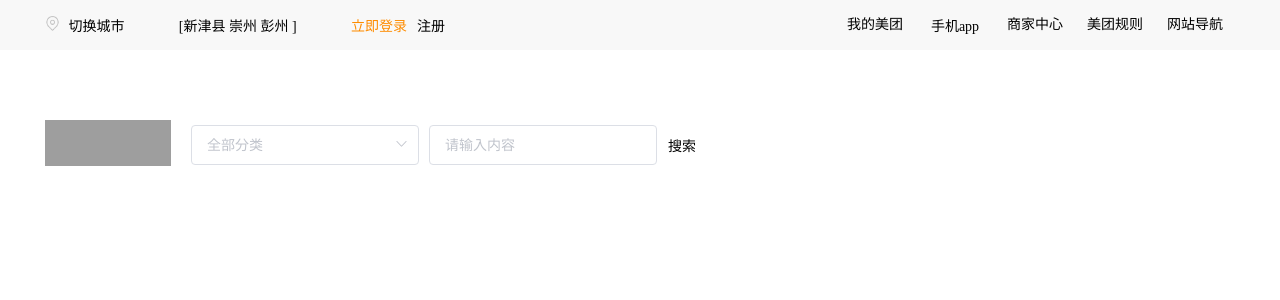
Repository: jinggegeZ/-
Page: /detail
An editor plug-in stored every save of this project. The page is shown before and after the next save, followed by the edit.
The browser window is 1280 px wide. The pictures show the whole page.
Pictures or frames that could not be fetched are drawn as grey boxes. The page's requests for data from a server got no answer. The project was rebuilt for these pictures with package versions that can differ from the ones it lists, and the page was loaded fresh each time. No one was signed in, and anything a server would have sent is missing. Also part of the build but not shown: vue.config.js, src/components/Navigation/Navigation.vue, src/components/navbox/navbox.vue, src/components/Sty/Sty.vue, src/views/Home.vue.

Above is the page before, as saved 2020-08-24 15:49:24.

### public/index.html
<!DOCTYPE html>
<html lang="en">
  <head>
    <meta charset="utf-8">
    <meta http-equiv="X-UA-Compatible" content="IE=edge">
    <meta name="viewport" content="width=device-width,initial-scale=1.0">
    <link rel="icon" href="<%= BASE_URL %>favicon.ico">
    <title><%= htmlWebpackPlugin.options.title %></title>
  </head>
  <body>
    <script src="//at.alicdn.com/t/font_2017422_ck56kzje6p4.js"></script>
    <noscript>
      <strong>We're sorry but <%= htmlWebpackPlugin.options.title %> doesn't work properly without JavaScript enabled. Please enable it to continue.</strong>
    </noscript>
    <div id="app"></div>
    <!-- built files will be auto injected -->
  </body>
</html>

### src/App.vue
<template>
  <div id="app">
    <router-view/>
  </div>
</template>

<style lang="scss">
@import '../src/style/style';
</style>

### src/style/style.css
* {
    margin: 0;
    padding: 0;

}
body,html{
    background: #fff;
}
/* 这是css3媒体查询 */
@media screen and (max-width: 1200px) {
    .top {
        width: 960px !important;
    }
}

/* top样式 */
.topbox {
    width: 100%;
    display: flex;
    justify-content: center;
    background: rgb(248,248,248);
    font-size: 14px;
}

.topbox2 {
    width: 100%;
    display: flex;
    justify-content: center;
    font-size: 14px;
    margin-top: 20px;
}
.topbox1 {
    width: 100%;
    display: flex;
    justify-content: center;
    box-shadow: 0px 15px 20px -15px rgb(234,234,234);
    font-size: 14px;
}
.topbox3 {
    width: 100%;
    display: flex;
    justify-content: center;
    font-size: 14px;
}
.restopbox {
    width: 100%;
    display: flex;
    justify-content: center;
    /* background: rgb(248,248,248); */
    font-size: 14px;
    border-bottom: 1.8px solid rgb(238,238,238);
}
.top {
    width: 1190px;

}

.top1 {

    height: 50px;
    display: flex;
    justify-content: space-between;
}

.leftbox {
    display: flex;
    align-items: center;
    width: 400px;
    justify-content: space-between;
}
.spans1 {
    margin-left: 5px;
}
.user {
    display: flex;
}
.spans:hover {
    color: #FE8C00;
}
.spans1:hover {
    color: #FE8C00;
}
.rightbox {
    display: flex;
    align-items: center;
    width: 400px;
    justify-content: space-between;
}

.rightbox1 {
    width: 100px;
    height: 50px;
    display: flex;
    align-items: center;
    justify-content: center;
    position: relative;

}

.postion {
    position: absolute;
    z-index: 999;
    width: 100%;
    height: 100%;
    text-align: center;
    line-height: 50px;
}

.rightbox2 {
    visibility: hidden;
    right: -1px;
    position: absolute;
    z-index: 998;
    top: 99%;
    background: white;
    border-left: 1px solid rgb(229, 229, 229);
    border-bottom: 1px solid rgb(229, 229, 229);
    border-right: 1px solid rgb(229, 229, 229);
    box-shadow: 0px 0px 10px 0px #ccc;
}

.rightbox3 {
    height: 36px;
    line-height: 36px;
    text-align: center;
    width: 80px;
}

.rightbox4 {
    height: 36px;
    line-height: 36px;
    text-align: center;
    width: 118px;
}

.rightbox5 {
    width: 1190px;
    height: 300px;
    display: flex;
    justify-content: center;
}

.rightbox6 {
    width: 95%;
    height: 95%;
    display: flex;
    justify-content: space-between;
}

.rightbox6-1 {
    width: 200px;
}

.rightbox6-1-1 {
    width: 200px;
    height: 80px;
    display: flex;
    justify-content: center;
    align-items: center;
    font-size: 16px;
}

.rightbox6-1-2 {
    width: 200px;
    height: 190px;
    font-size: 12px;
}

.rightbox6-1-2-1 {
    height: 30px;
    width: 100%;
    display: flex;
    justify-content: space-between;
    align-items: center;
}

.rightbox6-1-2-2 {
    height: 30px;
    width: 100%;
    display: flex;
    justify-content: flex-start;
    align-items: center;
}

.rightbox6-2 {
    width: 100px;
}

.rightbox6-2-1 {
    width: 100px;
    height: 80px;
    display: flex;
    justify-content: center;
    align-items: center;
    font-size: 16px;
}

.rightbox6-2-1-1 {
    width: 100px;
    height: 190px;
    font-size: 12px;
}

.rightbox6-2 {
    width: 100px;
}

.rightbox6-2-1-1-font {
    width: 100%;
    height: 25px;
    display: flex;
    justify-content: center;
    align-items: center;
}

.rightbox6-3 {
    width: 350px;

}

.rightbox6-3-1 {
    width: 350px;
    height: 80px;
    display: flex;
    justify-content: center;
    align-items: center;
    font-size: 16px;
}

.rightbox6-3-1-1 {
    width: 350px;
    height: 190px;
    font-size: 12px;
}

.rightbox6-3-1-1-1 {
    width: 100%;
    height: 80px;
    display: flex;
    justify-content: space-around;
    align-items: center;
}

.rightbox6-3-1-1-1-img {
    width: 60px;
    height: 60px;
    border-radius: 5px;
}

.nav2box2font:hover {
    color: rgb(251, 199, 0);
}

.nav2box2font2:hover {
    color: red;
}

.postion:hover {
    color: #FE8C00;
}

.rightbox3:hover {
    color: #FE8C00;
}

.rightbox4:hover {
    color: #FE8C00;
}

.rightbox1:hover .rightbox2 {
    visibility: visible
}

.rightbox1:hover {
    box-shadow: 0 3px 5px 0 rgba(0, 0, 0, 0.1);
}

.rightbox1:hover .postion {
    background-color: white;


}

.leftboximg {
    width: 15px;
    height: 15px;
}

.rightnow {
    color: #FE8C00;
    margin-right: 10px;
}

/* nav部分 */
.nav {
    height: 140px;
    width: 100%;
    display: flex;
    align-items: center;
}

.nav1 {
    width: 240px;
    margin-right: 100px;
}

.nav1img {
    width: 126px;
    height: 46px;

}

.nav1input {
    display: flex;
    width: 469px;
    height: 50px;
    align-items: center;
}

.nav1input1 {
    width: 469px;
    position: relative;
}

.nav1input1box {
    position: absolute;
    top: 140px;
    width: 469px;
    background-color: white;
    border-radius: 5px;
    z-index: 99;
}

.item {
    width: 100%;
    height: 30px;
    font-size: 12px;
    margin-left: 10px;
}

.nav1inputboox {
    width: 80px;
    height: 40px;
    background-color: #FE8C00;
    display: flex;
    justify-content: center;
    align-items: center;
}

.nav1inputbooximg {
    width: 20px;
    height: 20px;
}

.nav2 {
    width: 100%;
    height: 50px;
    display: flex;
}

.nav2box {
    width: 228px;
    height: 50px;
    border-left: 1px solid rgb(229, 229, 229);
    border-top: 1px solid rgb(229, 229, 229);
    border-right: 1px solid rgb(229, 229, 229);
    display: flex;
    align-items: center;
    font-size: 17px;
}

.all {
    padding-left: 20px;
}

.nav2box2 {
    margin-left: 60px;
    display: flex;
    align-items: center;
    justify-content: space-around;
    width: 500px;
    font-size: 17px;
}

/* navbox 部分 */
.navbox {
    display: flex;
}

.navleftbox {
    width: 18%x;
    height: 425px;
    border-left: 1px solid rgb(229, 229, 229);
    border-right: 1px solid rgb(229, 229, 229);
    border-bottom: 1px solid rgb(229, 229, 229);
}

.navrightbox {
    width: 78%;
    height: 425px;
}

.navleftbox-item {
    width: 228px;
    height: 26px;
    display: flex;
    justify-content: space-between;
    align-items: center;
    flood-color: #646464;
    margin-top: 1px;
    position: relative;
}

.navleftbox-item:hover .itembox {
    background: rgb(254,254,254);
    visibility: visible;
}

.icon {
    width: 16px !important;
    height: 16px !important;
    margin-right: 10px;
}

.icon1 {
    width: 12px;
    height: 12px;
}

.itembox {
    visibility: hidden;
    position: absolute;
    left: 100%;
    width: 400px;
    height: 450px;
    top: 0;
    display: flex;
    justify-content: center;
    align-items: center;
    z-index: 99;
}

.itembox1 {
    width: 90%;
    height: 90%;

}

.itembox2 {
    width: 100%;
    line-height: 60px;
    font-size: 16px;

    margin-bottom: 20px;
}

.item-child {
    width: 100%;
    display: flex;
    justify-content: space-between;
    border-bottom: 1px solid rgb(229, 229, 229);
}

.itembox3 {
    display: flex;
    flex-wrap: wrap;
}

.itembox4 {
    color: #999;
    font-size: 12px;
    line-height: 15px;
    display: inline-block;
    margin-right: 16px;
    margin-top: 10px;
    cursor: pointer;
}

/* navbox右边渲染部分css */
.navrightbox-1 {
    display: flex;
    width: 950px;
    margin-left: 10px;
    margin-top: 10px;
}

.navrightbox-swiper {
    width: 550px;
    height: 240px;
}
.swiperimg {
    width: 550px;
}
.el-carousel__item h3 {
    color: #475669;
    font-size: 18px;
    opacity: 0.75;
    line-height: 300px;
    margin: 0;
}

.el-carousel__item:nth-child(2n) {
    background-color: #99a9bf;
}

.el-carousel__item:nth-child(2n+1) {
    background-color: #d3dce6;
}
.el-carousel{
    height: 100%;
}
.el-carousel__container{
    height: 100% !important;
}
.navrightbox-2 {
    width: 150px;
    height: 239px;
    margin: 0 10px;
}
.navrightbox-2img {
    width: 150px;
}
.top-loginbox {
    width: 228px;
    height: 238px;
    border: 1px solid rgb(229,229,229);
    background:#fff;
    display: flex;
    justify-content: center;
    align-items: center;
}
.top-loginbox1 {
    width: 95%;
    height: 95%;
}
.top-loginbox2 {
    width: 95%;
    height: 95%;
    display: flex;
    justify-content: center;
    align-items: center;
    position: relative;
}
.top-loginbox2-1 {
    width: 100%;
    height: 100%;
}
.top-loginbox2-1imgbox {
    width: 100%;
    height: 150px;
    display: flex;
    justify-content: center;
    align-items: center;
}
.top-loginbox2-1img {
    width: 50px;
    height: 50px;

}
.userbox {
    width: 100%;
    display: flex;
    justify-content: center;
}
.changebox {
    position: absolute;
    top: 0;
    right: 0;
    width: 30px;
    height: 30px;

}
.changeboximg {
    width: 30px;
    height: 30px;
}
.headimg {
    width: 228px;
    height: 59px;
    margin-bottom: 5px;
    display: flex;
    justify-content: center;
    align-items: center;
}
.headimg1{
    width: 55px;
    height: 55px;
    border-radius: 50%;
}
.headimg2 {
    width: 228px;
    height: 21px;
    margin-bottom: 5px;
    display: flex;
    justify-content: center;
    align-items: center;
}
.headimg2-1 {
    width: 96px;
    display: flex;
    justify-content: center;
    align-items: center;
}
.headimg3 {
    width: 119px;
    height: 39px;
    display: flex;
    justify-content: center;
    align-items: center;
    border-radius: 25px;
    border:1px solid rgb(229,229,229);
}
/* 下部解析部分 */
.bottombox {
    display: flex;
    margin-left: 10px;
}
.bottombox-1 {
    width: 270px;
    height: 165px;
    margin-top: 10px;
    margin-right: 10px;
}
.bottombox-1img {
    width: 270px;
}
.bottombox-2 {
    width: 270px;
    height: 165px;
    margin-top: 10px;
    margin-right: 10px;
}
.bottombox-3 {
    width: 150px;
    height: 165px;
    margin-top: 10px;
    margin-right: 10px;
}
.bottombox-3img {
    width: 150px;
}
.bottombox-4 {
    width: 230px;
    height: 165px;
    border:1px solid rgb(229,229,229);
    margin-top: 10px;
}
.bottombox-4-1 {
    width: 230px;
    height: 100px;
    display: flex;
    justify-content: center;
    align-items: center;
}
.bottombox-4-1-1 {
    width: 95px;
    height: 95px;
}
.bottombox-5 {
    width: 230px;
    height: 30px;
    display: flex;
    justify-content: center;
    align-items: center;
    font-size: 16px;
}
.bottombox-6 {
    scale: 230px;
    height: 20px;
    display: flex;
    justify-content: center;
    align-items: center;
    font-size: 12px;
}
.bottombox6-1 {
    color: red;
    margin-right: 5px;
}
/* 有格调部分 */
.stybox {
    width: 100%;
    height: 50px;
    background: rgb(242,191,71);
    display: flex;
    justify-content: space-between;
    align-items: center;
    border-radius: 10px 10px 0 0 ;
}
.stybox1 {
    display: flex;
}
.stybox1-font {
    font-size: 18px;
    color: white;
    margin: 0 20px 0 20px;
}
.stybox1-font2 {
    font-size: 12px;
    color: white;
    display: flex;
    align-items: center;
    width: 400px;
    justify-content: space-between;
}
.stybox1-font2-item1 {
    position: relative;
    width:120px;
    display: flex;
    justify-content: center;
}
/* .stybox1-font2-item1:hover .triangle_border_up {
    visibility: visible;
}
.stybox1-font2-item2:hover .triangle_border_up {
    visibility: visible;
}
.stybox1-font2-item4:hover .triangle_border_up {
    visibility: visible;
} */
.stybox1-font2-item2 {
    text-align: center;
}

.stybox2-img {
    width: 14px;
    height: 14px;
    margin-top: 5px;
}
.stybox2 {
    font-size: 14px;
    color: white;
    display: flex;
    align-items: center;
}
/* 向上的三角形 */
.triangle_border_up{
    /* visibility: hidden; */
    width:0px;
    height:0px;
    border-width:0 10px 10px;
    border-style:solid;
    border-color:transparent transparent #fff;/*透明 透明  灰*/
    margin-top:10px;
    position: absolute;
    bottom: -17px;
}
.stybox3 {
    width: 1188px;
    height: 687px;
    background: #fff;
    border-radius: 0 0 10px 10px;
    border: 1px solid rgb(229,229,229);
    font-size: 12px;
    display: flex;
    flex-wrap: wrap;
}
.stybox3-item {
    width: 370px;
    height: 330px;
    margin: 10px;

}
.stybox3-itemimg {
    width: 370px;
    height: 208px;
    margin-bottom: 10px;

}
.stybox3-itemimg1 {
    width: 370px;
    height: 208px;

}
.stybox3-itemfont {
    font-size: 14px;
}
.font2 {
    font-size: 14px;
    overflow: hidden;
    text-overflow: ellipsis;
    display: -webkit-box;
    -webkit-line-clamp: 1;
    -webkit-box-orient: vertical;
}
/* 城市选择部分 */
.citybox {
    width: 1190px;
    padding: 20px;
    font-size: 16px;
    background-color: #fff;
    margin: 20px auto 0;
    border: 1px solid #E5E5E5;
    border-radius: 4px;
    min-height: 1000px;
    padding: 20px;
}
.citybox-province {
    width: 100%;
    height: 71px;
    display: flex;
    align-items: center;
    padding: 0px 0px 19px;
    border-bottom: 1px solid #E5E5E5;
}
.proviencechosebox {
    width: 220px;
    height: 40px;
    margin: 0 10px 0 20px;
    font-size: 14px;
    color: #666;
    border-radius: 4px;
    display: flex;
    justify-content: center;
}

.citychosebox {
    width: 220px;
    height: 40px;
    font-size: 14px;
    color: #666;
    border-radius: 4px;
    display: flex;
    justify-content: center;
}
.cityboximg {
    width: 10px;
    height: 15px;
}
/* 直接搜素 */
.directSearch {
    margin-left: 50px;
    display: flex;
    align-items: center;
}
.directSearchbox {
    width: 220px;
    height: 40px;
    font-size: 14px;
    color: #666;
    border-radius: 4px;
    display: flex;
    justify-content: center;
}
.el-input__inner {
    width: 100% !important;
}
.el-input {
    width: 100% !important;
}
/* 热门城市选择 */
.hotcitychose {
    width: 100%;
    height: 71px;
    display: flex;
    align-items: center;
    border-bottom: 1px solid #E5E5E5;
}
.hotcitychosebox {
    display: flex;
    align-items: center;
    width: 748px;
    height: 20px;
    justify-content: space-around;
}
/* 最近访问 */

.recentVisit {
    width: 100%;
    height: 71px;
    display: flex;
    align-items: center;
    border-bottom: 1px solid #E5E5E5;
}
.recentVisitchosebox {
    display: flex;
    align-items: center;
    width: 748px;
    height: 20px;

}
.recentVisitchosebox-item {
    margin-right: 10px;
}
/* 拼音首字母 */
.Initials {
    width: 100%;
    height: 71px;
    display: flex;
    align-items: center;
}
.Initialsbox {
    display: flex;
    align-items: center;
    width: 748px;
    height: 20px;
    justify-content: space-around;
}
.Initialsbox a {
    text-decoration: none !important;
    color: #666;
}
/* 详细地区 */
.detailscity {
    width: 1148px;
    display: flex;
    padding: 13px 30px 13px 10px;
}
.letter {
    width: 40px;
    height: 40px;
    border-radius: 50%;
    background: rgb(255,208,0);
    display: flex;
    justify-content: center;
    align-items: center;
}
.letters {
    width: 1065px;
    display: flex;
    flex-wrap: wrap;
}
.letters a{
    text-decoration:none !important;
    color: #666;
}
.letters-item {
    margin: 10px 20px;
    display: inline;
}
/* 登录页面 */

.logintopbox {
    width: 100%;
    height: 120px;
    display: flex;
    justify-content: center;
    align-items: center;
}
.logintopbox1 {
    width: 1190px;
    height: 47px;
}
.logintopbox1img {
    width: 130px;
    height: 47px;
}
.sloginbox {
    width: 100%;
    /* height: 370px; */
    display: flex;
    align-items: center;
    margin-bottom: 70px;
}
.sloginbox1 {
    height: 370px;
    width: 480px;
}
.sloginbox1img {
    width: 480px;
    height: 370px;
}
.login-section {
    width: 270px;
    display: flex;
    justify-content: center;
    font-size: 14px;
    color: #666;
    margin-left: 115px;

}
.login-sectionbox {
    width: 95%;
}
.login-section1 {
    height: 50px;
    margin-top: 50px;
    display: flex;
    justify-content: space-between;
    align-items: center;
}
.login-section1img {
    width: 15px;
    height: 15px;
}
.login-section1img2 {
    width: 22px;
    height: 22px;

}
.login-section2 {
    margin-bottom: 10px;
    width: 270px;
    height: 40px;
    border: 1px solid rgb(255,208,0);
    display: flex;
    align-items: center;
}
.login-section2imgbox {
    width: 37px;
    height: 40px;
    display: flex;
    justify-content: center;
    align-items: center;
}
.login-section2img {
    width: 30px;
    height: 30px;
}
.login-section2 input {
    border: none;
}
.forgetpassword {
    font-size: 12px;
    width: 100%;
    height: 26px;
    margin-bottom: 8px;
    display: flex;
    justify-content: flex-end;
    align-items: center;
    color: red;
}
.loginbox {
    width: 270px;
    height: 40px;
    display: flex;
    justify-content: center;
    align-items: center;
    background: rgb(255,208,0);
}
.goresgiter {
    width: 270px;
    margin-top: 10px;
    margin-bottom: 10px;
    display: flex;
    align-items: center;
}
.goresgiter1 {
    color: rgb(254,140,0);
}
.otherlogin {
    width: 270px;
}
.otherloginbox1 {
    width: 100%;
    height: 30px;
    display: flex;
    align-items: center;
    justify-content: center;
}
.otherloginbox1-1 {
    width: 50px;
    height: 1px;
    background: rgb(204,204,204);
    margin-right: 5px;
}
.otherloginbox1-2 {
    width: 50px;
    height: 1px;
    background: rgb(204,204,204);
    margin-left: 5px;
}
.otherloginbox2 {
    width: 100%;
    height: 30px;
    display: flex;
    justify-content: center;
}
.otherloginbox2-1 {
    width: 30%;
    height: 30px;
    display: flex;
    justify-content: space-around;
    align-items: center;
}
.otherloginbox2-1img {
    width: 20px;
    height: 20px;
}
/* 底部说明 */
.footbox {
    width: 100%;
    height: 48px;
    border-top: 1px solid rgb(238,238,238);
    border-bottom: 1px solid rgb(238,238,238);
    display: flex;
    align-items: center;
    font-size: 12px;
    color: #666;

}
.footboxitem {
    width: 400px;
    display: flex;
    align-items: center;
    justify-content: space-between;
}
.footboxitem-mid {
    width: 1px;
    height: 10px;
    background: rgb(244,244,244);
}
/* 版权所有 */
.footer {
    margin-top: 20px;
    width: 100%;
    height: 20px;
    font-size: 12px;
    color: #666;
}
/* 注册部分 */
.resgtopbox {
    width: 100%;
    height: 60px;
    display: flex;
    justify-content: space-between;
    align-items: center;

}
.resgtopbox-1img {
    width: 126px;
    height: 46px;
}
.resgtopboxfont {
    color: orange;
}
.resgitermsgbox {
    width: 1190px;
    font-size: 12px;
    color: #666;

}
.resgitermsgbox1 {
    width: 100%;
    display: flex;
    justify-content: center;
}
.resgitermsgbox1-1 {
    width: 90%;
    height: 45px;
    display: flex;
    /* justify-content: center; */
    align-items: center;
}
.inforbox {
    width: 150px;
    display: flex;
    align-items: center;
    justify-content: flex-end;
}

.rsgmsgbox {
    width: 100%;
    display: flex;
    justify-content: center;
    margin-top: 30px;
}
.resgitermsginputbox {
    width: 260px;
    height: 40px;
    border: 1px solid rgb(204,204,204);
    margin-left: 15px;
    margin-right: 15px;
    border-radius: 5px;
}
.resgitermsginputbox input {
    border: none !important;
}
.resgiterbutton {
    width: 136px;
    height: 21px;
    background: rgb(230,230,230);
    display: flex;
    justify-content: center;
    align-items: center;
    margin-left: 15px;
}
.resgiterbutton:hover {
    background: rgb(240,240,240);
}
.resgiterbutton1 {
    display: flex;
    width: 260px;
    height: 21px;
    justify-content: space-between;
    align-items: center;

    margin-left: 15px;
}
.resgiterbutton1-item {
    width: 80px;
    height: 21px;
    display: flex;
    align-items: center;
    justify-content: center;
    border: 1px solid rgb(240,240,240);
    background: rgb(230,230,230);
}
.resgiterbutton1-item1 {
    width: 80px;
    height: 21px;
    display: flex;
    align-items: center;
    justify-content: center;
    border: 1px solid rgb(240,240,240);
    background: rgb(255,205,0);

}
.resgiterbutton2 {
    display: flex;
    width: 178px;
    height: 34px;
    justify-content: center;
    align-items: center;
    background: rgb(255,205,0);
    margin-left: 15px;
    font-size: 14px;
    color: black;
}
.resgiterbutton3 {
    color: rgb(255,205,0);
    margin-left: 15px;
}
.rsgmsgboxfooter {
    width: 100%;
    border-top: 1px solid rgb(238,238,238);
    margin-bottom: 20px;
}
.rsgmsgboxfootermsg {
    width: 100%;
    display: flex;
    justify-content: center;
    font-size: 12px;
    color: #999999;
}
/* 详情部分 */
.detail-topbox {
    width: 100%;
    height: 150px;
    display: flex;
    align-items: center;
}
.detail-topbox-left {
    display: flex;
    align-items: center;
}
.detail-topbox-leftimg {
    width: 126px;
    height: 46px;
}
.detail-topbox-leftbox {
    padding: 10px;
    margin-left: 10px;
}
.detail-topbox-leftbox input {
    width: 100px;
    height: 40px;
}
.hover:hover {
    color: orange;
}
.detail-topbox-right {
    width: 300px;
    height: 50px;
    display: flex;
    align-items: center;
}
.detail-topbox-rightbox {
    width: 50px;
    height: 50px;
    display: flex;
    align-items: center;
    justify-content: center;
}

### src/views/detail/detail.vue
<template>
  <div>
    <top></top>
    <div class="topbox2">
      <div class="top">
        <div class="detail-topbox">
            <!-- 美团详情 -->
          <div class="detail-topbox-left">
            <div>
              <img
                class="detail-topbox-leftimg"
                src="//s0.meituan.net/bs/fe-web-meituan/fa5f0f0/img/logo.png"
                alt
              />
            </div>
            <div class="detail-topbox-leftbox">
              <el-select v-model="value" placeholder="全部分类">
                <el-option
                  v-for="item in menu"
                  :key="item.id"
                  :label="item.label"
                  :value="item.name"
                >
                  <span style="float: left" v-if="Array.isArray(item.name)">
                    <span v-for="(item1,index1) in item.name" :key="index1">
                      <span
                        ref="changes"
                        @mouseenter="changeItem(item1)"
                        @mouseleave="deleteitem(item1)"
                        @click="choseitem1(item1)"
                      >{{item1}}</span>
                      <span v-if="index1 !==  item.name.length-1">/</span>
                    </span>
                  </span>
                  <span class="hover" style="float: left" v-else @click="choseitem(item)">{{ item.name }}</span>
                  <span style="float: right; color: #8492a6; font-size: 13px">{{ item.value }}</span>
                </el-option>
              </el-select>
            </div>
          </div>
            <!-- 搜索及相关搜索 -->
        <div class="detail-topbox-right">
            <div><el-input
  placeholder="请输入内容"
  v-model="input"
  clearable>
</el-input></div>
            <div class="detail-topbox-rightbox">搜索</div>
        </div>
        </div>
      </div>
    </div>
  </div>
</template>

<script>
import top from "../../components/top/top";
export default {
  name: "",
  props: {},
  components: {
    top,
  },
  data() {
    return {
      city: "",
      menu: [],
      value: "",
      input:""
    };
  },
  methods: {
    //   鼠标移入事件
    changeItem(item) {
       Array.from(this.$refs.changes).map(item1 => {
           if (item1.innerText === item) {
               item1.style.color = 'orange'
           }
       })
   },
   //鼠标移出事件
  deleteitem(item){
    Array.from(this.$refs.changes).map(item1 => {
           if (item1.innerText === item) {
               item1.style.color = '#000'
           }
       })
  },
    //点击事件
    choseitem1(item1) {
        console.log(item1);
    },
    //点击事件
    choseitem(item){
        console.log(item.name);
    }
  },
  mounted() {
    this.$api
      .getall()
      .then((res) => {
        if (res.code === 200) {
          this.menu = res.data.menu;
          this.menu.map((item) => {
            if (item.name.includes("/")) {
              item.name = item.name.split("/");
              console.log(item.name);
            }
          });
          console.log(this.menu);
        }
      })
      .catch((err) => {});
  },
  watch: {},
  computed: {},
};
</script>

<style scoped lang='scss'>
</style>

Loaded but not shown: src/store/index.js (common file); src/http/api.js (41 lines, source omitted); src/router/index.js (46 lines, source omitted); src/main.js (16 lines, source omitted); src/http/index.js (15 lines, source omitted); src/components/top/top.vue (193 lines, source omitted)

After the next save:
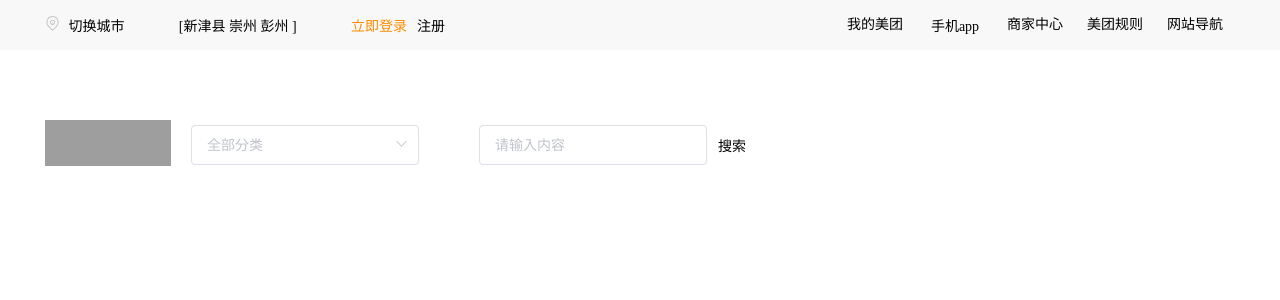
Saved 27 s later.
--- a/src/style/style.css
+++ b/src/style/style.css
@@ -1259,10 +1259,11 @@
     color: orange;
 }
 .detail-topbox-right {
-    width: 300px;
+    width: 500px;
     height: 50px;
     display: flex;
     align-items: center;
+    margin-left: 50px;
 }
 .detail-topbox-rightbox {
     width: 50px;
